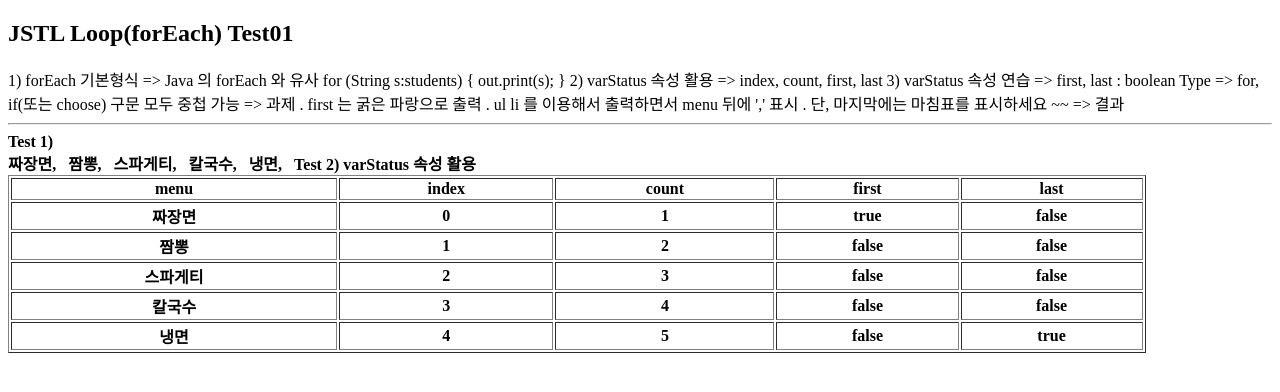
Repository: nameground/Java
Page: http://localhost/Web01/jsp05_JSTL/ex03_For01.jsp
The author's editor kept a copy of each file at every save. The page is drawn from the files as they stood at one save, then again after the next save.
The browser window is 1280 px wide. The pictures show the whole page.
The page is served by Tomcat 9. Nobody is signed in. The application's start-up code is not run.

Above is the page before, as saved 2023-10-13 07:57:31.

After the next save:
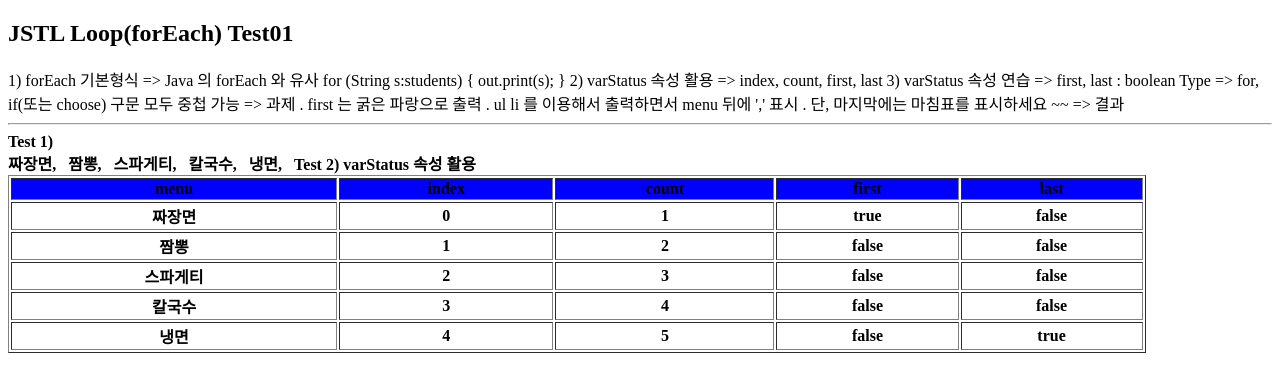
Saved 27 s later.
--- a/mTest/Mywork/Web01/src/main/webapp/jsp05_JSTL/ex03_For01.jsp
+++ b/mTest/Mywork/Web01/src/main/webapp/jsp05_JSTL/ex03_For01.jsp
@@ -37,8 +37,8 @@ Test 1) <br>
 
 Test 2) varStatus 속성 활용
 <table border="1" style="text-align:center; width:90%;">
-	<tr>
-		<th style="color=blue;">menu</th>
+	<tr style="background-color:blue;">
+		<th>menu</th>
 		<th>index</th>
 		<th>count</th>
 		<th>first</th>
